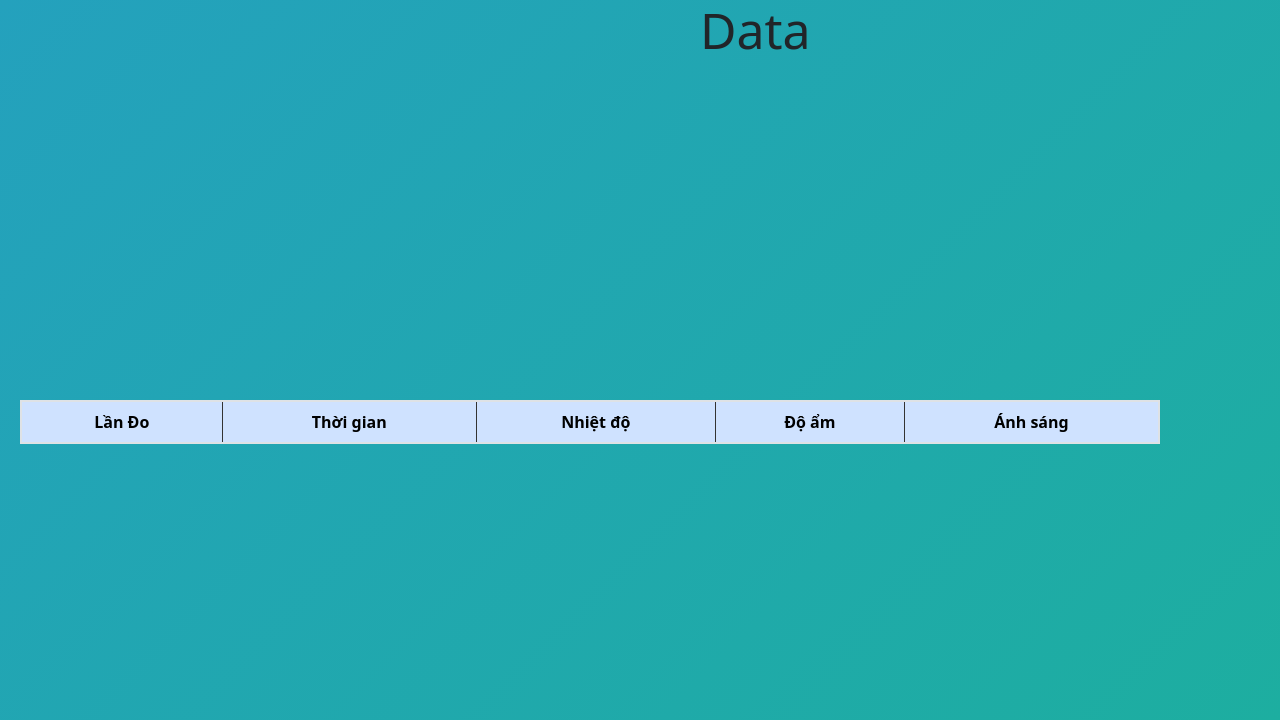
Repository: ndmq03102002/BTL_IOT
Page: Fontend_IOT/iot/data.html
An editor plug-in stored every save of this project. The page is shown before and after the next save, followed by the edit.
The browser window is 1280 px wide. The pictures show the whole page.
The page's requests for data from a server got no answer.

Above is the page before, as saved 2023-09-08 00:09:08.

After the next save:
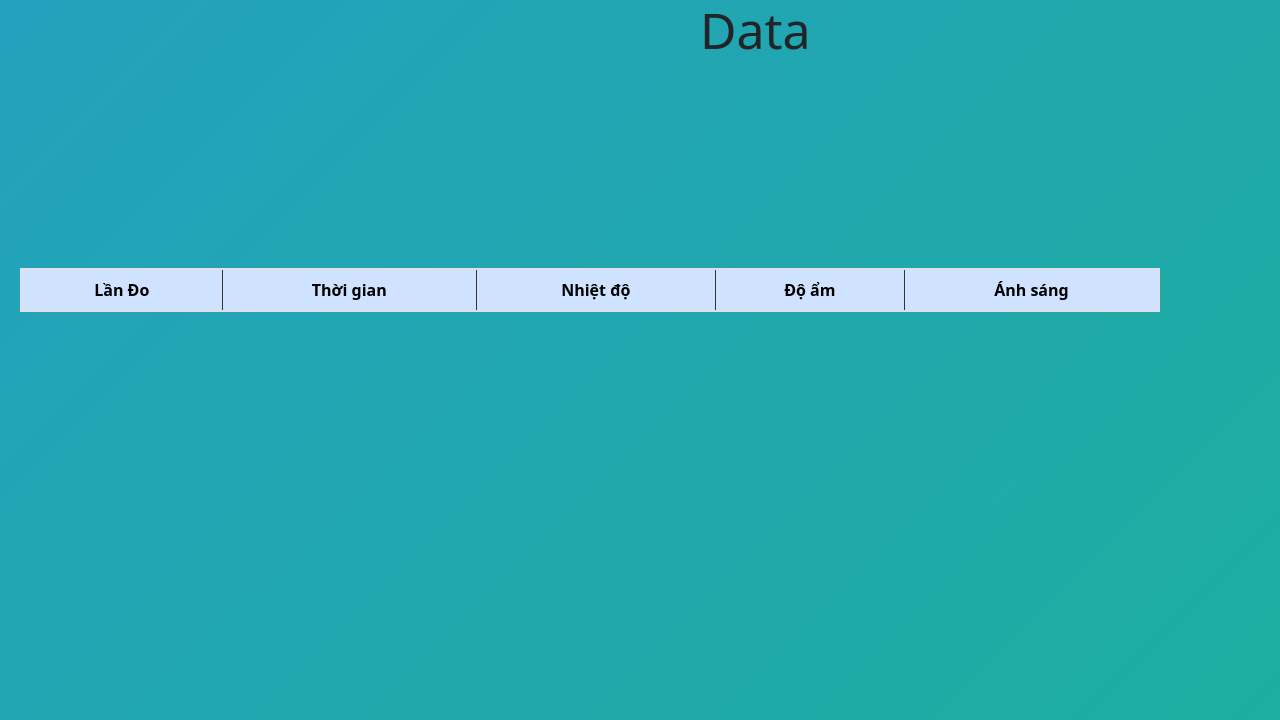
Saved 13 s later.
--- a/Fontend_IOT/iot/data.html
+++ b/Fontend_IOT/iot/data.html
@@ -24,7 +24,7 @@
       }
       .container {
   position: absolute;
-  top: 200px;
+
   padding: 0 20px; /* Khoảng cách 20px ở cả hai bên */
 }
       table {
